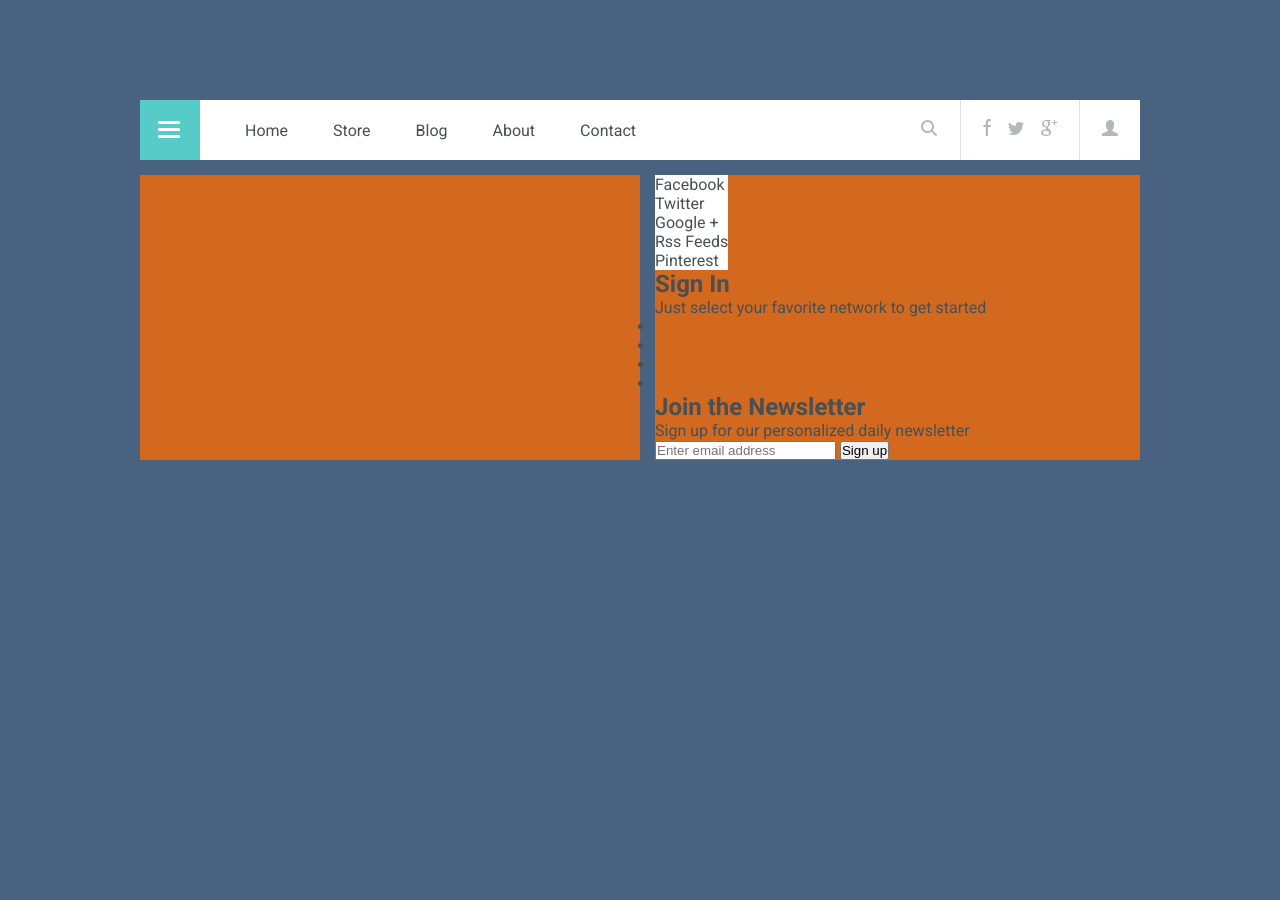
Repository: pawelczubak/WeeklyWebDevChallenge
Page: Challenge_4/index.html
These files come from the project's save history. The page is drawn as it stood at one moment and after the next save; the edit follows.
The browser window is 1280 px wide. The pictures show the whole page.
Some web libraries are served in a nearby version.

Above is the page before, as saved 2020-04-27 20:00:15.

### Challenge_4/index.html
<!DOCTYPE html>
<html lang="en">

<head>
    <meta charset="UTF-8">
    <meta name="viewport" content="width=device-width, initial-scale=1.0">

    <title>Weekly WebDev Challenge - 4</title>

    <link href="https://fonts.googleapis.com/css2?family=Roboto:wght@300;400;700&display=swap" rel="stylesheet">
    <script src="https://kit.fontawesome.com/f64caa1a2c.js" crossorigin="anonymous"></script>

    <meta name="viewport" content="width = device-width, initial-scale=1, user-scalable=yes">
    <link rel="stylesheet" href="css/main.css">
</head>

<body>
    <div class="container">
        <!--  -----  NAVIGATION START  -----  -->
        <nav class="nav">
            <div class="nav-button">

                <svg xmlns="http://www.w3.org/2000/svg" xmlns:xlink="http://www.w3.org/1999/xlink" width="0.24in"
                    height="0.18in">
                    <path fill-rule="evenodd" fill="rgb(255, 255, 255)"
                        d="M20.653,17.008 L1.347,17.008 C0.603,17.008 -0.000,16.417 -0.000,15.690 L-0.000,15.372 C-0.000,14.644 0.603,14.055 1.347,14.055 L20.653,14.055 C21.397,14.055 22.000,14.644 22.000,15.372 L22.000,15.690 C22.000,16.417 21.397,17.008 20.653,17.008 ZM20.653,9.980 L1.347,9.980 C0.603,9.980 -0.000,9.390 -0.000,8.662 L-0.000,8.344 C-0.000,7.617 0.603,7.027 1.347,7.027 L20.653,7.027 C21.397,7.027 22.000,7.617 22.000,8.344 L22.000,8.662 C22.000,9.390 21.397,9.980 20.653,9.980 ZM20.653,2.952 L1.347,2.952 C0.603,2.952 -0.000,2.362 -0.000,1.635 L-0.000,1.317 C-0.000,0.589 0.603,-0.001 1.347,-0.001 L20.653,-0.001 C21.397,-0.001 22.000,0.589 22.000,1.317 L22.000,1.635 C22.000,2.362 21.397,2.952 20.653,2.952 Z" />
                </svg>

            </div>
            <ul class="nav-list">
                <li class="nav-list__item"><a href="#" class="nav-list__link">Home</a></li>
                <li class="nav-list__item"><a href="#" class="nav-list__link">Store</a></li>
                <li class="nav-list__item"><a href="#" class="nav-list__link">Blog</a></li>
                <li class="nav-list__item"><a href="#" class="nav-list__link">About</a></li>
                <li class="nav-list__item"><a href="#" class="nav-list__link">Contact</a></li>
            </ul>
            <div class="nav-icons">
                <div class="nav-icons__search">
                    <a href="#" class="nav-link__icon">
                        <svg xmlns="http://www.w3.org/2000/svg" xmlns:xlink="http://www.w3.org/1999/xlink"
                            width="0.18in" height="0.17in">
                            <path class="nav-icons__svg" fill-rule="evenodd" fill="rgb(178, 185, 189)"
                                d="M15.728,14.309 L11.786,10.388 C12.600,9.303 13.088,7.963 13.088,6.504 C13.088,2.908 10.157,-0.006 6.541,-0.006 C2.926,-0.006 -0.005,2.908 -0.005,6.504 C-0.005,10.100 2.926,13.014 6.541,13.014 C7.963,13.014 9.275,12.558 10.349,11.793 L14.304,15.726 C14.697,16.117 15.335,16.117 15.728,15.726 C16.121,15.335 16.121,14.700 15.728,14.309 ZM6.541,11.011 C4.038,11.011 2.009,8.994 2.009,6.504 C2.009,4.015 4.038,1.996 6.541,1.996 C9.044,1.996 11.073,4.015 11.073,6.504 C11.073,8.994 9.044,11.011 6.541,11.011 Z" />
                        </svg>
                    </a>
                </div>
                <ul class="nav-icons__social-list">
                    <li class="nav-icons__social-icons">
                        <a href="#" class="nav-link__icon">
                            <svg xmlns="http://www.w3.org/2000/svg" xmlns:xlink="http://www.w3.org/1999/xlink"
                                width="0.09in" height="0.18in">
                                <path class="nav-icons__svg" fill-rule="evenodd" fill="rgb(178, 185, 189)"
                                    d="M7.672,0.063 L6.069,0.063 C6.069,0.063 2.724,-0.188 2.724,3.338 C2.724,4.092 2.724,6.011 2.724,6.011 L0.453,6.011 L0.459,7.910 L2.723,7.910 L2.725,17.002 L5.000,17.002 L5.000,7.910 L7.507,7.910 L8.042,6.011 L5.013,6.011 L5.013,3.266 C5.013,3.266 4.988,2.341 6.072,2.341 L7.662,2.341 L7.672,0.063 Z" />
                            </svg>
                        </a>
                    </li>
                    <li class="nav-icons__social-icons">
                        <a href="#" class="nav-link__icon">
                            <svg xmlns="http://www.w3.org/2000/svg" xmlns:xlink="http://www.w3.org/1999/xlink"
                                width="0.17in" height="0.14in">
                                <path class="nav-icons__svg" fill-rule="evenodd" fill="rgb(178, 185, 189)"
                                    d="M16.027,1.547 C15.437,1.809 14.803,1.985 14.138,2.065 C14.817,1.659 15.338,1.015 15.584,0.250 C14.949,0.625 14.245,0.898 13.497,1.046 C12.897,0.408 12.043,0.009 11.097,0.009 C9.282,0.009 7.810,1.478 7.810,3.291 C7.810,3.547 7.839,3.799 7.895,4.039 C5.163,3.901 2.741,2.595 1.119,0.611 C0.837,1.095 0.674,1.658 0.674,2.259 C0.674,3.398 1.255,4.402 2.137,4.990 C1.598,4.974 1.091,4.825 0.648,4.579 C0.647,4.593 0.647,4.606 0.647,4.621 C0.647,6.211 1.781,7.537 3.285,7.838 C3.009,7.913 2.718,7.953 2.418,7.953 C2.207,7.953 2.000,7.933 1.800,7.894 C2.218,9.198 3.432,10.147 4.871,10.172 C3.746,11.053 2.328,11.578 0.788,11.578 C0.523,11.578 0.261,11.562 0.004,11.531 C1.459,12.462 3.187,13.006 5.043,13.006 C11.089,13.006 14.395,8.006 14.395,3.671 C14.395,3.529 14.393,3.387 14.387,3.246 C15.029,2.783 15.586,2.206 16.027,1.547 Z" />
                            </svg>
                        </a>
                    </li>
                    <li class="nav-icons__social-icons">
                        <a href="#" class="nav-link__icon">
                            <svg xmlns="http://www.w3.org/2000/svg" xmlns:xlink="http://www.w3.org/1999/xlink"
                                width="0.18in" height="0.18in">
                                <path class="nav-icons__svg" fill-rule="evenodd" fill="rgb(178, 185, 189)"
                                    d="M15.006,4.015 L15.006,5.999 L13.966,5.999 L13.966,4.015 L11.997,4.015 L11.997,3.013 L13.966,3.013 L13.966,0.971 L15.006,0.971 L15.006,3.013 L17.010,3.013 L17.010,4.015 L15.006,4.015 ZM8.900,2.055 C9.780,2.557 10.247,3.589 10.247,4.730 C10.247,5.777 9.666,6.620 8.845,7.259 C8.043,7.884 7.891,8.145 7.891,8.676 C7.891,9.129 8.849,9.803 9.290,10.132 C10.823,11.279 11.112,12.000 11.134,13.433 C11.162,15.338 9.199,17.001 6.054,17.001 C3.294,17.001 0.982,15.749 0.982,13.959 C0.982,11.258 2.897,10.385 5.657,10.385 C5.958,10.385 6.233,10.377 6.518,10.377 C6.141,10.013 5.836,9.697 5.836,9.144 C5.836,8.815 5.940,8.501 6.087,8.221 C5.938,8.231 5.785,8.241 5.627,8.241 C3.360,8.241 2.041,6.653 2.041,4.664 C2.041,2.715 4.050,0.969 6.459,0.969 C7.701,0.969 11.208,0.969 11.208,0.969 L10.147,2.055 L8.900,2.055 ZM6.121,11.642 C4.364,11.642 2.912,12.300 2.912,13.538 C2.912,14.799 4.207,15.828 5.999,15.828 C8.520,15.828 9.398,14.865 9.398,13.601 C9.398,13.449 9.394,13.295 9.341,13.156 C8.733,11.642 6.774,11.642 6.121,11.642 ZM8.249,4.923 C8.040,3.342 7.249,2.152 6.035,2.115 C4.820,2.079 3.755,3.182 3.966,4.764 C4.175,6.348 5.330,7.409 6.545,7.446 C7.760,7.481 8.458,6.507 8.249,4.923 Z" />
                            </svg>
                        </a>
                    </li>
                </ul>
                <div class="nav-icons__acount">
                    <a href="#" class="nav-link__icon">
                        <svg xmlns="http://www.w3.org/2000/svg" xmlns:xlink="http://www.w3.org/1999/xlink"
                            width="0.182in" height="0.18in">
                            <path class="nav-icons__svg" fill-rule="evenodd" fill="rgb(178, 185, 189)"
                                d="M15.993,17.030 L1.963,17.030 C1.394,17.030 0.932,16.569 0.932,15.999 L0.932,15.405 C0.932,14.535 1.963,14.374 1.963,14.374 L7.322,11.719 C5.880,10.561 5.056,8.283 5.056,7.156 L5.056,4.578 C5.056,2.871 6.903,0.969 9.181,0.969 C11.459,0.969 13.024,2.871 13.024,4.578 L13.024,7.156 C13.024,8.394 12.208,10.604 10.779,11.729 L15.993,14.374 C15.993,14.374 17.024,14.551 17.024,15.405 L17.024,15.999 C17.024,16.569 16.562,17.030 15.993,17.030 Z" />
                        </svg>
                    </a>
                </div>
            </div>
        </nav>

        <!--  -----  NAVIGATION END  -----  -->

        <!--  -----  MAIN START  -----  -->
        <main class="main">
            <!--  -----  MENU SECTION START  -----  -->
            <section class="menu-section"></section>
            <!--  -----  MENU SECTION END  -----  -->

            <!--  -----  SOCIAL SECTION START  -----  -->
            <section class="social-section">
                <article class="social-section__socials-container">
                    <ul class="socials-container__socials-list">
                        <li class="socials-container__socials-items">
                            <a href="#" class="socials-container__socials-link">Facebook</a>
                        </li>
                        <li class="socials-container__socials-items">
                            <a href="#" class="socials-container__socials-link">Twitter</a>
                        </li>
                        <li class="socials-container__socials-items">
                            <a href="#" class="socials-container__socials-link">Google +</a>
                        </li>
                        <li class="socials-container__socials-items">
                            <a href="#" class="socials-container__socials-link">Rss Feeds</a>
                        </li>
                        <li class="socials-container__socials-items">
                            <a href="#" class="socials-container__socials-link">Pinterest</a>
                        </li>
                    </ul>
                    <div class="socials-container__follow-items">
                        <div class="socials-container__facebook-widget"></div>
                        <div class="socials-container__twitter-widget"></div>
                    </div>
                </article>
                <article class="social-section__sign-in">
                    <h2 class="socials-container__header">Sign In</h2>
                    <p class="sign-in__paragraph">Just select your favorite network to get started</p>
                    <ul class="sign-in__list">
                        <li class="sign-in__item"><a href="#" class="sign-in__link"></a></li>
                        <li class="sign-in__item"><a href="#" class="sign-in__link"></a></li>
                        <li class="sign-in__item"><a href="#" class="sign-in__link"></a></li>
                        <li class="sign-in__item"><a href="#" class="sign-in__link"></a></li>
                    </ul>
                </article>
                <article class="social-section__newsletter">
                    <h2 class="socials-container__header">Join the Newsletter</h2>
                    <p class="newsletter__paragraph">Sign up for our personalized daily newsletter</p>
                    <form action="GET" class="newsletter__form">
                        <input placeholder="Enter email address" type="email" name="email" required
                            class="newsletter__input" autocomplete="off" />
                        <button class="newsletter__button" formenctype="multipart/form-data" type="submit">Sign
                            up</button>
                    </form>
                </article>
            </section>
            <!--  -----  SOCIAL SECTION END  -----  -->
        </main>
        <!--  -----  MAIN END  -----  -->


    </div>

    <script src="js/main.js" type="text/javascript"></script>
</body>

</html>

### Challenge_4/css/main.css
*,
*::after,
*::before {
    box-sizing: border-box;
    margin: 0;
    padding: 0;
}

/*------------------  GLOBAL START  ------------------*/
body {
    margin: 0;
    padding: 0;
    font: 16px 'Roboto', sans-serif;
    color: #475055;
    background-color: #49627f;
}

.container {
    max-width: 1000px;
    min-height: 700px;
    margin: 100px auto;
    overflow: hidden;
}

/*------------------  GLOBAL END  ------------------*/
/*------------------  NAV START  ------------------*/
.nav {
    position: relative;
    display: flex;
    justify-content: left;
    width: 100%;
    height: 60px;
    background-color: #ffffff;
    margin-bottom: 15px;
}

.nav-button {
    display: flex;
    align-items: center;
    justify-content: center;
    background-color: #56ccc8;
    width: 60px;
    cursor: pointer;
    pointer-events: none;
}

.nav-button:hover {
    background-color: #56ddd8;
}

.nav-list {
    display: flex;
    list-style: none;

}

.nav-list__item {
    padding-left: 45px;
    display: flex;
    align-items: center
}

.nav-list__link {
    text-decoration: none;
    color: #475055;
}

.nav-list__link:hover {
    color: #56ccc8;
}

.nav-icons {
    display: flex;
    align-items: center;
    margin-left: auto;
}

.nav-icons__search {
    width: 60px;
    display: flex;
    justify-content: center;
}

.nav-link__icon {}

.nav-icons__social-list {
    position: relative;
    display: flex;
    height: 100%;
    justify-content: space-around;
    align-items: center;
    width: 120px;
    padding: 0 15px;
}

.nav-icons__social-list::before,
.nav-icons__social-list::after {
    position: absolute;
    content: '';
    top: 0;
    height: 100%;
    width: 1px;
    background-color: #dde2e4;
}

.nav-icons__social-list::after {
    left: 0;
}

.nav-icons__social-list::before {
    right: 0;
}

.nav-icons__social-icons {
    list-style: none;
}

.nav-icons__acount {
    width: 60px;
    display: flex;
    justify-content: center;
}

.nav-link__icon:hover .nav-icons__svg {
    fill: #152840;
}

/*------------------  NAV END  ------------------*/
/*------------------  MAIN START  ------------------*/
.main {
    display: flex;
    width: 100%;
}

/*------------------  MENU SECTION START  ------------------*/
.menu-section {
    width: 50%;
    /*    !!!!!!!!!!  ONLY FOR TEST !!!!!! */
    min-heignt: 500px;
    background-color: chocolate;
}

/*------------------  MENU SECTION END  ------------------*/
/*------------------  SOCIAL SECTION START  ------------------*/
.social-section {
    width: calc(50% - 15px);
    margin-left: 15px;

    background-color: chocolate;

}

.social-section__socials-container {
    display: flex;
}

.socials-container__socials-list {
    list-style: none;
    background-color: #ffffff;
}

.socials-container__socials-items {}

.socials-container__socials-link {
    text-decoration: none;
    color: #475055;
}

/*------------------  SOCIAL SECTION END  ------------------*/

/*------------------  MAIN END  ------------------*/

/*------------------  MEDIAQUERY START  ------------------*/

@media screen and (max-width: 1024px) {
    .container {
        max-width: 95%;
    }
}

@media screen and (max-width: 800px) {
    .container {
        margin: 15px auto;
    }

    /*------------------  NAV START  ------------------*/
    .nav-button {
        pointer-events: all;
    }

    .nav-list {
        position: absolute;
        flex-direction: column;
        background-color: #ffffff;
        width: 50%;
        top: 60px;
        left: 0;
        height: 500px;
        justify-content: space-around;
        align-items: center;
        transform: translateX(-101%);
        transition: all 0.2s ease-in;
    }

    .nav-list__item {
        opacity: 0;
        padding: 0;
    }

    /*------------------  NAV END  ------------------*/
}

.nav-list--active {
    transform: translateX(0%);
}

/*------------------  MEDIAQUERY END  ------------------*/

/*------------------  ANIMATIONS  ------------------*/
@keyframes navLinkFade {
    from {
        opacity: 0;
        transform: translateX(-50px);
    }

    to {
        opacity: 1;
        transform: translateX(0px);
    }
}

### Challenge_4/js/main.js
const navSlide = () => {
    const burger = document.querySelector('.nav-button');
    const nav = document.querySelector('.nav-list');
    const navLinks = document.querySelectorAll('.nav-list__item');



    burger.addEventListener('click', () => {
        //Toggle nav
        nav.classList.toggle('nav-list--active');

        //Animate links
        navLinks.forEach((link, index) => {
            if (link.style.animation) {
                link.style.animation = ''
            } else {
                link.style.animation = `navLinkFade 0.5s ease forwards ${index / 7 + 0.2}s`;
            }

        });
    });


}

navSlide();

After the next save:
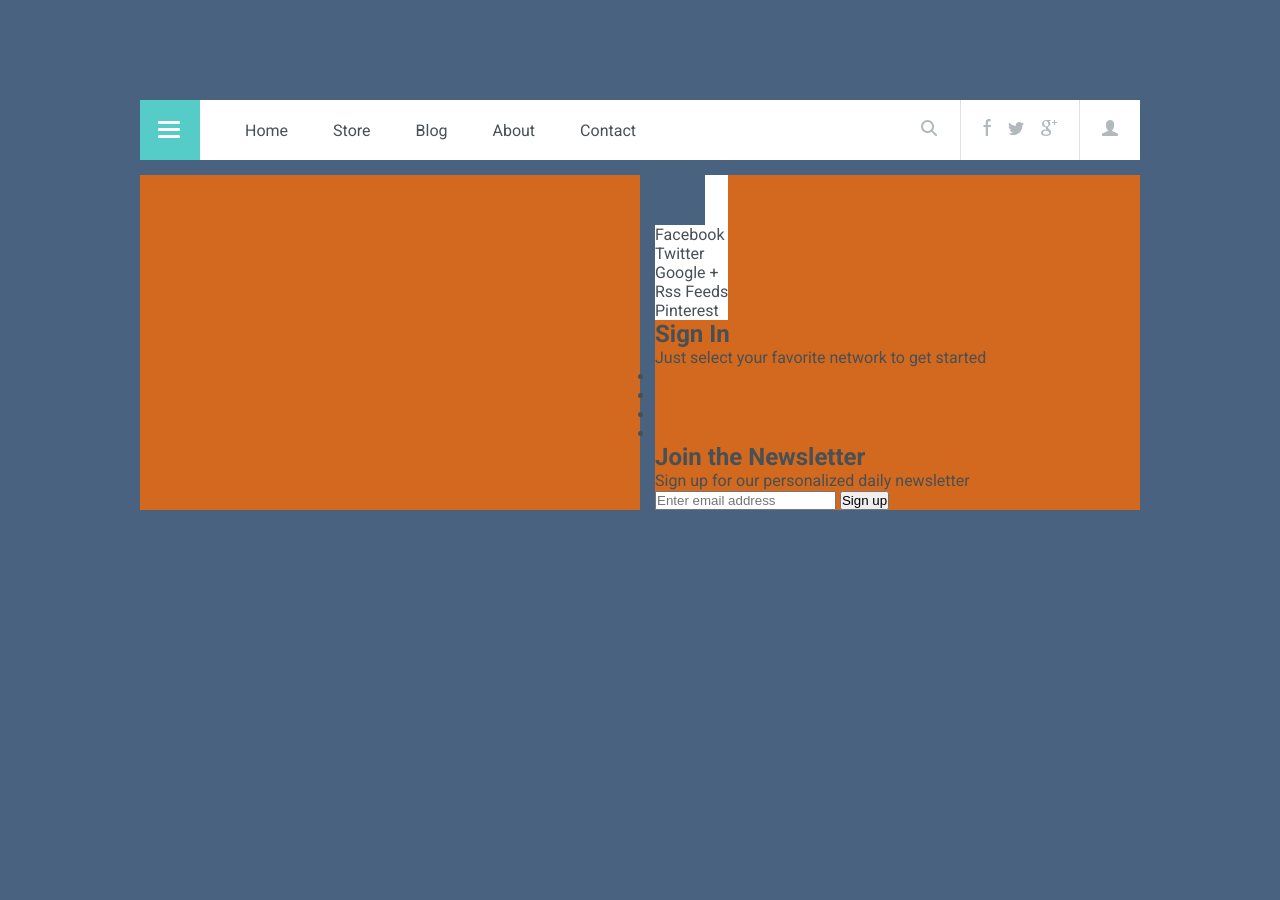
Saved 4 min 2 s later.
--- a/Challenge_4/index.html
+++ b/Challenge_4/index.html
@@ -98,7 +98,9 @@
                 <article class="social-section__socials-container">
                     <ul class="socials-container__socials-list">
                         <li class="socials-container__socials-items">
-                            <a href="#" class="socials-container__socials-link">Facebook</a>
+                            <a href="#" class="socials-container__socials-link">
+                                <div class="social-link__icon"></div>Facebook
+                            </a>
                         </li>
                         <li class="socials-container__socials-items">
                             <a href="#" class="socials-container__socials-link">Twitter</a>
--- a/Challenge_4/css/main.css
+++ b/Challenge_4/css/main.css
@@ -160,6 +160,12 @@ body {
 }
 
 .socials-container__socials-items {}
+
+.social-link__icon {
+    height: 50px;
+    width: 50px;
+    background-color: #49627f;
+}
 
 .socials-container__socials-link {
     text-decoration: none;
